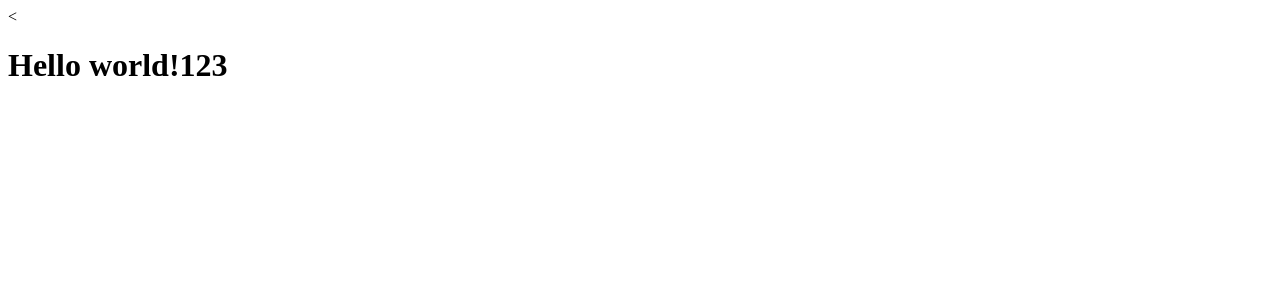
Repository: SimChengSeng/CCS6344_Group19_OnlineBookStoreAWS-main
Page: http://localhost/
The author's editor kept a record of every edit. The page is drawn from the files as they stood at one moment, then again after the next edit.
The browser window is 1280 px wide. The pictures show the whole page.
The page is served by the project's application, run on Flask 3 (CCS6344_Group19_OnlineBookStoreAWS-main/bookstore/app.py). Queries for data that is not in the repository find no rows.

Above is the page before.

### environment/CCS6344_Group19_OnlineBookStoreAWS-main/bookstore/templates/index.html
<!DOCTYPE html>
<html>
    <head>
        <meta charset="utf-8">
        <<title>Online Book Store</title>
    </head>

    <body>
        <h1>Hello world!123</h1>
    </body>
</html>

### environment/CCS6344_Group19_OnlineBookStoreAWS-main/bookstore/app.py
from flask import Flask, render_template, request, redirect, url_for
import pymysql


app = Flask(__name__)

# Database connection details
endpoint = "obs-database.c4v5xzujhxv5.us-east-1.rds.amazonaws.com"
port = 3306
dbname = "mydb"
username = "admin"
password = "Pa$$w0rd123"

def get_db_connection():
    return pymysql.connect(
        host=endpoint,
        user=username,
        password=password,
        database=dbname,
        port=port
    )
#Index Route(displays a list of books fetched from the MySQL)
@app.route('/')
def index():
    connection = get_db_connection()
    try:
        with connection.cursor() as cursor:
            cursor.execute("SELECT * FROM book")
            books = cursor.fetchall()
    finally:
        connection.close()
    return render_template('index.html', books=books)

#Add Book Route
@app.route('/add', methods=['POST'])
def add_book():
    name = request.form['name']
    price = request.form['price']
    connection = get_db_connection()
    try:
        with connection.cursor() as cursor:
            cursor.execute("INSERT INTO book (name, price) VALUES (%s, %s)", (name, price))
            connection.commit()
    finally:
        connection.close()
    return redirect(url_for('index'))

#Delete Book Route
@app.route('/delete/<int:id>', methods=['POST'])
def delete_book(id):
    connection = get_db_connection()
    try:
        with connection.cursor() as cursor:
            cursor.execute("DELETE FROM book WHERE id = %s", (id,))
            connection.commit()
    finally:
        connection.close()
    return redirect(url_for('index'))

#Connect to Web Server with port 3000
if __name__ == '__main__':
    app.run(debug=True, port=3000, host='0.0.0.0')

After the next edit:
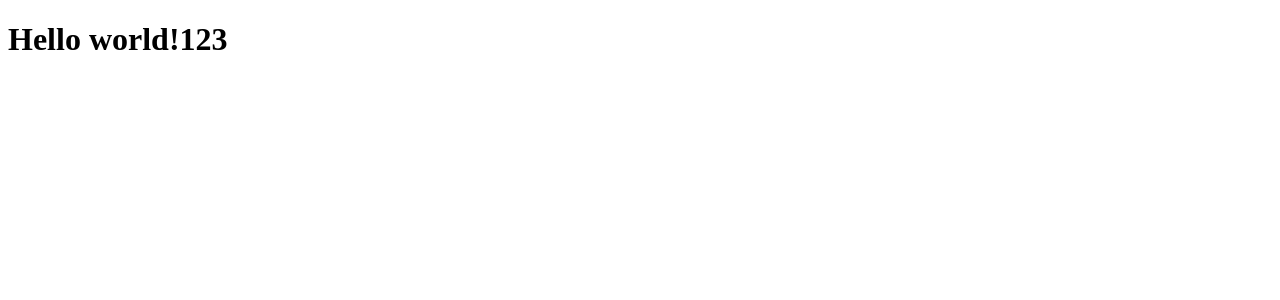
The edit:
--- a/environment/CCS6344_Group19_OnlineBookStoreAWS-main/bookstore/templates/index.html
+++ b/environment/CCS6344_Group19_OnlineBookStoreAWS-main/bookstore/templates/index.html
@@ -2,7 +2,7 @@
 <html>
     <head>
         <meta charset="utf-8">
-        <<title>Online Book Store</title>
+        <title>Online Book Store</title>
     </head>
 
     <body>
